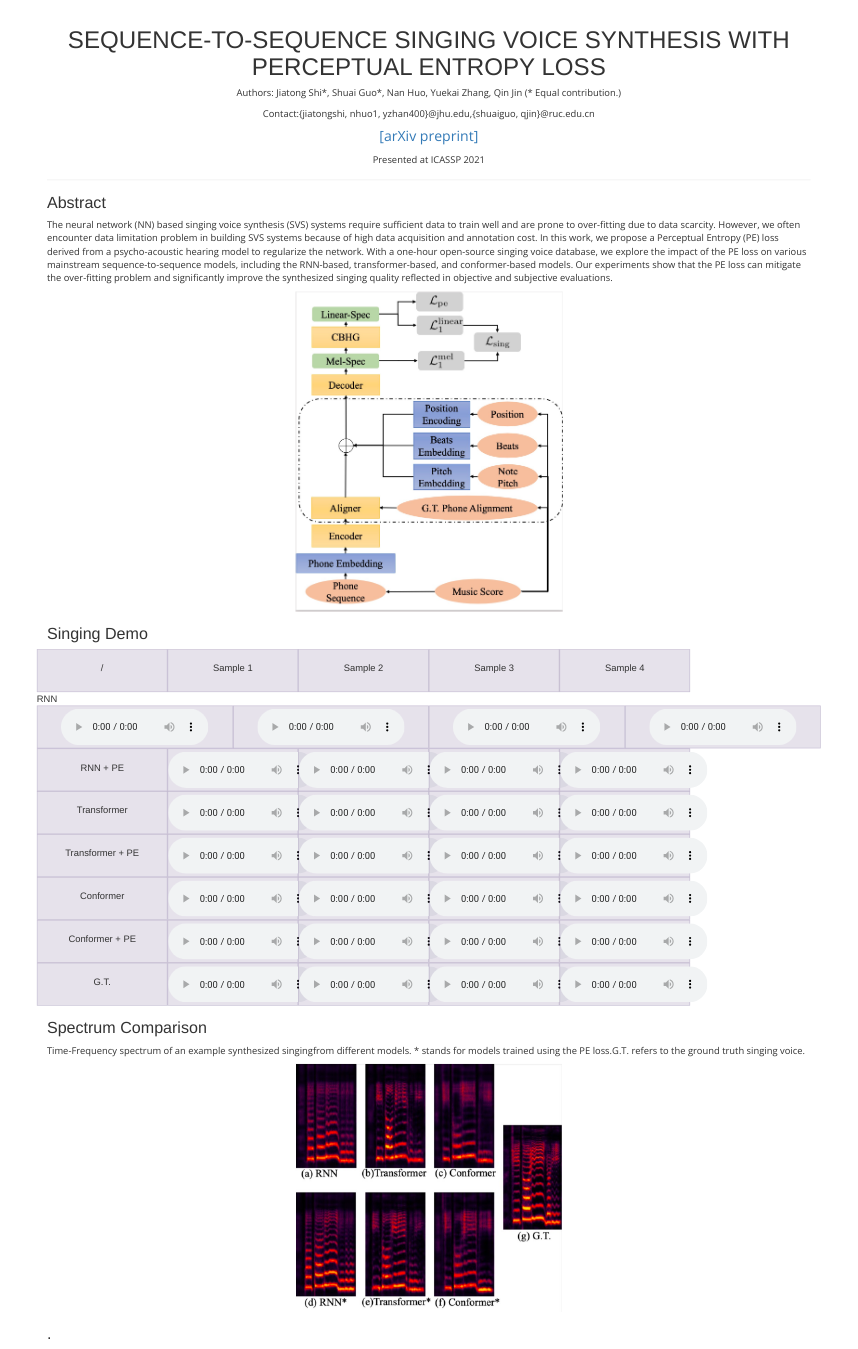
Repository: PeterGuoRuc/SVS_pe.github.io
Page: index.html
These files come from the project's save history. The page is drawn as it stood at one moment and after the next save; the edit follows.
The browser window is 1280 px wide. The pictures show the whole page, at 67% of full size.

Above is the page before, as saved 2021-06-06 20:22:56.

After the next save:
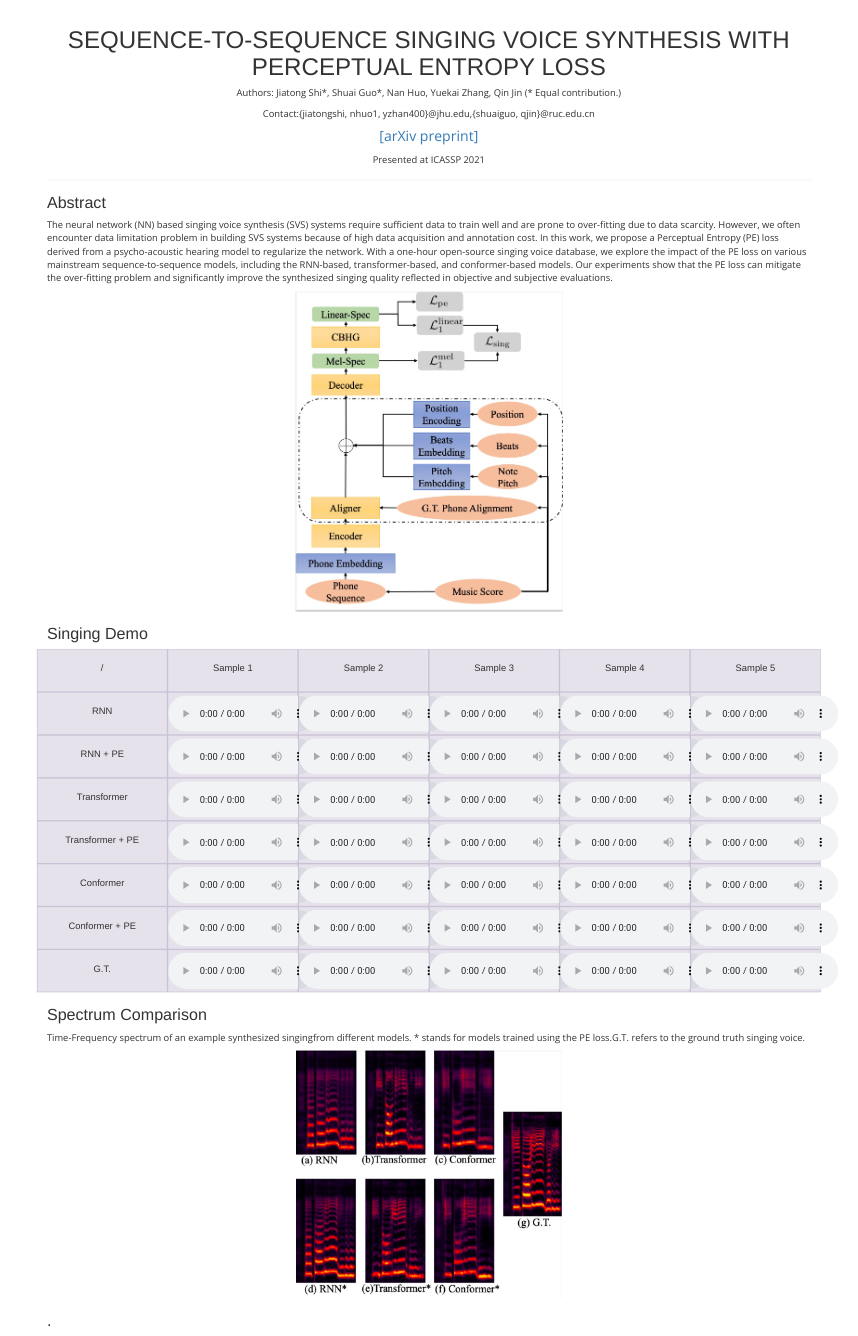
Saved 46 s later.
--- a/index.html
+++ b/index.html
@@ -71,19 +71,22 @@
         <div class="col-md-2">Sample 2</div>
         <div class="col-md-2">Sample 3</div>
         <div class="col-md-2">Sample 4</div>
+        <div class="col-md-2">Sample 5</div>
       </div>
       <div class="row">
-        <div>RNN</div>
-        <div class="col-md-3"><audio src="files/rnn/3.wav" controls></audio></div>
-        <div class="col-md-3"><audio src="files/rnn/6.wav" controls></audio></div>
-        <div class="col-md-3"><audio src="files/rnn/7.wav" controls></audio></div>
-        <div class="col-md-3"><audio src="files/rnn/9.wav" controls></audio></div>
+        <div class="col-md-2">RNN</div>
+        <div class="col-md-2"><audio src="files/rnn/3.wav" controls></audio></div>
+        <div class="col-md-2"><audio src="files/rnn/6.wav" controls></audio></div>
+        <div class="col-md-2"><audio src="files/rnn/7.wav" controls></audio></div>
+        <div class="col-md-2"><audio src="files/rnn/8.wav" controls></audio></div>
+        <div class="col-md-2"><audio src="files/rnn/9.wav" controls></audio></div>
       </div>
       <div class="row">
         <div class="col-md-2">RNN + PE</div>
         <div class="col-md-2"><audio src="files/rnn_pe/3.wav" controls></audio></div>
         <div class="col-md-2"><audio src="files/rnn_pe/6.wav" controls></audio></div>
         <div class="col-md-2"><audio src="files/rnn_pe/7.wav" controls></audio></div>
+        <div class="col-md-2"><audio src="files/rnn_pe/8.wav" controls></audio></div>
         <div class="col-md-2"><audio src="files/rnn_pe/9.wav" controls></audio></div>
       </div>
       <div class="row">
@@ -91,6 +94,7 @@
         <div class="col-md-2"><audio src="files/glu/3.wav" controls></audio></div>
         <div class="col-md-2"><audio src="files/glu/6.wav" controls></audio></div>
         <div class="col-md-2"><audio src="files/glu/7.wav" controls></audio></div>
+        <div class="col-md-2"><audio src="files/glu/8.wav" controls></audio></div>
         <div class="col-md-2"><audio src="files/glu/9.wav" controls></audio></div>
       </div>
       <div class="row">
@@ -98,6 +102,7 @@
         <div class="col-md-2"><audio src="files/glu_pe/3.wav" controls></audio></div>
         <div class="col-md-2"><audio src="files/glu_pe/6.wav" controls></audio></div>
         <div class="col-md-2"><audio src="files/glu_pe/7.wav" controls></audio></div>
+        <div class="col-md-2"><audio src="files/glu_pe/8.wav" controls></audio></div>
         <div class="col-md-2"><audio src="files/glu_pe/9.wav" controls></audio></div>
       </div>
       <div class="row">
@@ -105,6 +110,7 @@
         <div class="col-md-2"><audio src="files/conformer/3.wav" controls></audio></div>
         <div class="col-md-2"><audio src="files/conformer/6.wav" controls></audio></div>
         <div class="col-md-2"><audio src="files/conformer/7.wav" controls></audio></div>
+        <div class="col-md-2"><audio src="files/conformer/8.wav" controls></audio></div>
         <div class="col-md-2"><audio src="files/conformer/9.wav" controls></audio></div>
       </div>
       <div class="row">
@@ -112,6 +118,7 @@
         <div class="col-md-2"><audio src="files/conformer_pe/3.wav" controls></audio></div>
         <div class="col-md-2"><audio src="files/conformer_pe/6.wav" controls></audio></div>
         <div class="col-md-2"><audio src="files/conformer_pe/7.wav" controls></audio></div>
+        <div class="col-md-2"><audio src="files/conformer_pe/8.wav" controls></audio></div>
         <div class="col-md-2"><audio src="files/conformer_pe/9.wav" controls></audio></div>
       </div>
       <div class="row">
@@ -119,6 +126,7 @@
         <div class="col-md-2"><audio src="files/GT/3_true.wav" controls></audio></div>
         <div class="col-md-2"><audio src="files/GT/6_true.wav" controls></audio></div>
         <div class="col-md-2"><audio src="files/GT/7_true.wav" controls></audio></div>
+        <div class="col-md-2"><audio src="files/GT/8_true.wav" controls></audio></div>
         <div class="col-md-2"><audio src="files/GT/9_true.wav" controls></audio></div>
       </div>
 
